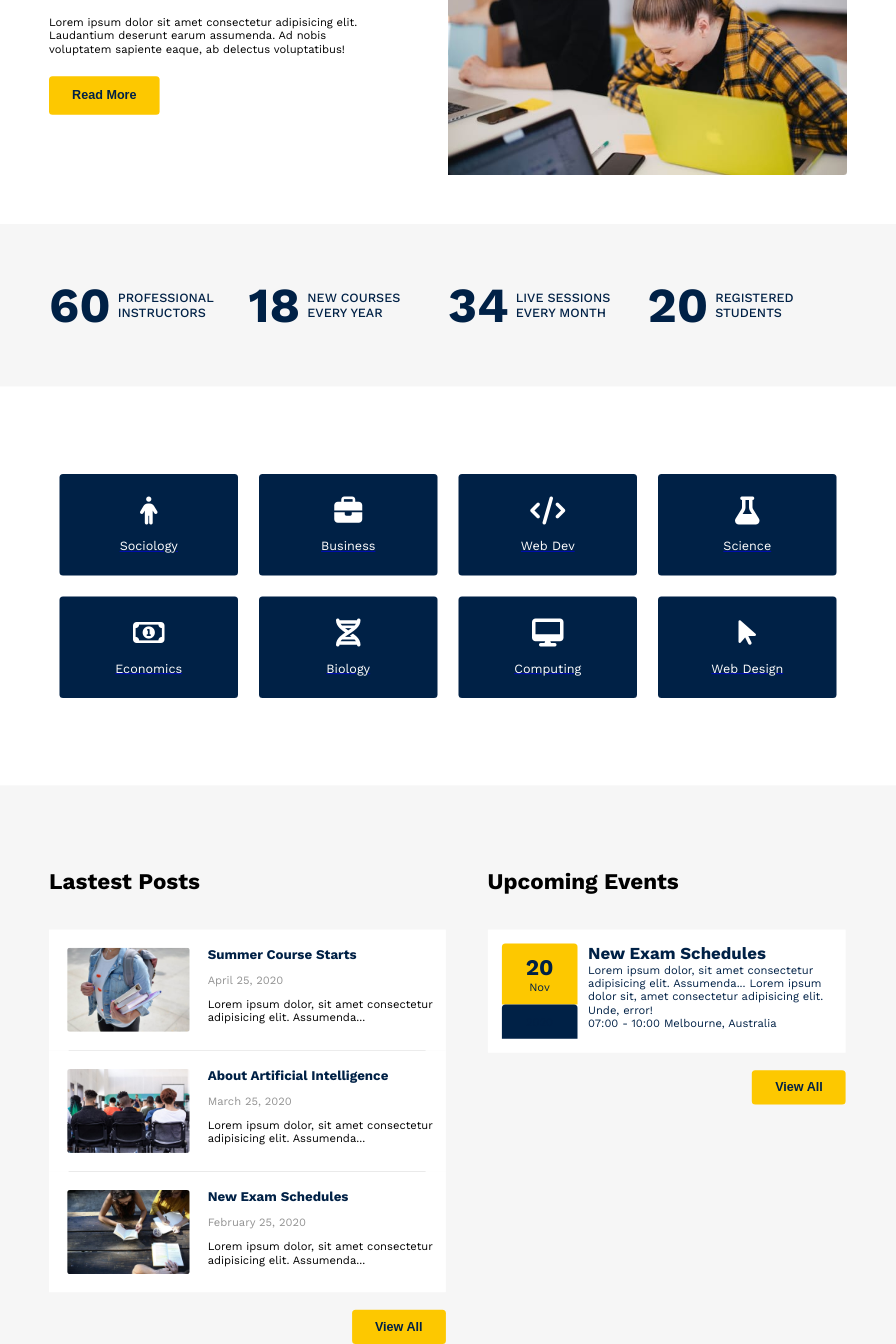
Repository: giahuy405/BC38__Mastery__Pham_Gia_Huy
Page: index.html
These files come from the project's save history. The page is drawn as it stood at one moment and after a run of saves; the edit follows.
The browser window is 1280 px wide. The pictures show the part of the page from y = 910 to 2830 px (the page is 2830 px tall), at 70% of full size.

Above is the page before, as saved 2022-09-10 15:09:13.

### index.html
<!DOCTYPE html>
<html lang="en">
<head>
    <meta charset="UTF-8">
    <meta http-equiv="X-UA-Compatible" content="IE=edge">
    <meta name="viewport" content="width=device-width, initial-scale=1.0">
    <title>Document</title>
    <link href="https://fonts.googleapis.com/css2?family=Montserrat:wght@300;400;500;700;900&family=Work+Sans:wght@300;400;500;700&display=swap" rel="stylesheet">
    <link rel="stylesheet" href="https://cdnjs.cloudflare.com/ajax/libs/font-awesome/6.2.0/css/all.min.css">
    <link rel="stylesheet" href="./css/index.css">
</head>
<body>
    <header>
        <div class="container">
            <i class="fa-solid fa-pen-to-square"></i>
            <div class="header__title">
                <h1>Mastery</h1>
            </div>
        </div>
    </header>
    <nav>
        <div class="container">
            <ul>
                <li><a  href="#">Home</a></li>
                <li><a  href="#">About</a></li>
                <li><a  href="#">Services</a></li>
                <li><a  href="#">Contact</a></li>
            </ul>
        </div>
    </nav>
    <div class="carousel">
        <img src="./img/carousel__website.png" alt="">
    </div>
    <div class="welcome container">
        <div class="welcome__content">
            <h1>Welcome To Our Campus</h1>
            <p>Lorem ipsum dolor sit amet consectetur adipisicing elit. Quasi est saepe possimus quisquam dolor ducimus blanditiis, eius fugit ab beatae reprehenderit, inventore earum rerum. Quis nostrum voluptatibus vel quisquam soluta.</p>

            <p>Lorem ipsum dolor sit amet consectetur adipisicing elit. Laudantium deserunt earum assumenda. Ad nobis voluptatem sapiente eaque, ab delectus voluptatibus!</p>
            <button>Read More</button>
        </div>
        <div class="welcome__img">
            <img src="./img/g1.jpg" alt="">
        </div>
        <div class="clear"></div>
    </div>
    <div class="information">
       <div class="container">
            <div class="information__content">
                <div class="information__title">
                    <h1>60</h1>
                </div>
                <div class="information__desc">
                    <p>PROFESSIONAL</p>
                    <p>INSTRUCTORS</p>
                </div>
                <div class="clear"></div>
            </div>
            <div class="information__content">
                <div class="information__title">
                    <h1>18</h1>
                </div>
                <div class="information__desc">
                    <p>NEW COURSES</p>
                    <p>EVERY YEAR</p>
                </div>
                <div class="clear"></div>
            </div>
            <div class="information__content">
                <div class="information__title">
                    <h1>34</h1>
                </div>
                <div class="information__desc">
                    <p>LIVE SESSIONS</p>
                    <p>EVERY MONTH</p>
                </div>
                <div class="clear"></div>
            </div>
            <div class="information__content">
                <div class="information__title">
                    <h1>20</h1>
                </div>
                <div class="information__desc">
                    <p>REGISTERED</p>
                    <p>STUDENTS</p>
                </div>
                <div class="clear"></div>
            </div>
            <div class="clear"></div>
       </div>
    </div>
    <div class="cards">
        <div class="container">
            <div class="cards-top">
                <div class="card">
                    <a href="#">
                        <div class="card__item">
                            <i class="fa-solid fa-person"></i>
                            <p>Sociology</p>
                        </div>
                    </a>
                </div>
                <div class="card">
                    <a href="#">
                        <div class="card__item">
                            <i class="fa-solid fa-briefcase"></i>
                            <p>Business</p>
                        </div>
                    </a>
                </div>
                <div class="card">
                   <a href="#">
                        <div class="card__item">
                            <i class="fa-solid fa-code"></i>
                            <p>Web Dev</p>
                        </div>
                   </a>
                </div>
                <div class="card">
                   <a href="#">
                        <div class="card__item">
                            <i class="fa-solid fa-flask"></i>
                            <p>Science</p>
                        </div>
                   </a>
                </div>
                <div class="clear"></div>
            </div>
            <div class="card-bottom">
                <div class="card">
                    <a href="#">
                        <div class="card__item">
                            <i class="fa-regular fa-money-bill-1"></i>
                            <p>Economics</p>
                        </div>
                    </a>
                </div>
                <div class="card">
                   <a href="#">
                        <div class="card__item">
                            <i class="fa-solid fa-dna"></i>
                            <p>Biology</p>
                        </div>
                   </a>
                </div>
                <div class="card">
                    <a  href="#">
                        <div class="card__item">
                            <i class="fa-solid fa-desktop"></i>
                            <p>Computing</p>
                        </div>
                    </a>
                </div>
                <div class="card">
                    <a href="#">
                        <div class="card__item">
                            <i class="fa-solid fa-arrow-pointer"></i>
                            <p>Web Design</p>
                        </div>
                    </a>
                </div>
                <div class="clear"></div>
            </div>
        </div>
    </div>
    <div class="news">
        <div class="container">
            <div class="news__lastest-post">
                <h1>Lastest Posts</h1>
                <div class="lastest-post__items">
                    <div class="lastest-post__item">
                        <a href="#">
                            <img src="./img/g9.jpg" alt="">
                            <div class="lastest-post__desc">
                                <h2 >Summer Course Starts</h2>
                                <p class="lastest-post__time">April 25, 2020</p>
                                <p>Lorem ipsum dolor, sit amet consectetur adipisicing elit. Assumenda...</p>
                            </div>
                            <div class="clear"></div>
                        </a>
                        <hr noshade >
                    </div>
                    <div class="lastest-post__item">
                        <a href="#">
                            <img src="./img/g10.jpg" alt="">
                            <div class="lastest-post__desc">
                                <h2>About Artificial Intelligence</h2>
                                <p class="lastest-post__time">March 25, 2020</p>
                                <p>Lorem ipsum dolor, sit amet consectetur adipisicing elit. Assumenda...</p>
                            </div>
                            <div class="clear"></div>
                        </a>
                        <hr noshade >
                    </div>

                    <div class="lastest-post__item">
                        <a href="#">
                            <img src="./img/g8.jpg" alt="">
                            <div class="lastest-post__desc">
                                <h2>New  Exam Schedules</h2>
                                <p class="lastest-post__time">February 25, 2020</p>
                                <p>Lorem ipsum dolor, sit amet consectetur adipisicing elit. Assumenda...</p>
                            </div>
                            <div class="clear"></div>
                        </a>

                    </div>

                </div>
                <button class="news__button">View All</button>
                <div class="clear"></div>
            </div>


            <div class="news__upcoming-events">
                <h1>Upcoming Events</h1>
                <div class="upcoming-events__items">
                    <div class="upcoming-events__item">
                        <a href="#">
                            <div class="upcoming-events__time">
                                <div class="upcoming-events__time--top">
                                    <h1  >20</h1>
                                    <p>Nov</p>
                                </div>
                                <div class="upcoming-events__time--bottom">
                                    <p>2020</p>
                                </div>
                            </div>
                            <div class="upcoming-events__desc">
                                <div class="upcoming-events__desc--top">
                                    <h2>New  Exam Schedules</h2>
                                    <p>Lorem ipsum dolor, sit amet consectetur adipisicing elit. Assumenda... Lorem ipsum dolor sit, amet consectetur adipisicing elit. Unde, error!</p>
                                </div>
                                <div class="upcoming-events__desc--bottom">
                                    <span>07:00 - 10:00</span>
                                    <span>Melbourne, Australia</span>
                                </div>

                            </div>
                            <div class="clear"></div>
                        </a>
                    </div>

                </div>

                <button class="news__button">View All</button>
                <div class="clear"></div>
            </div>
            <div class="clear"></div>
        </div>
    </div>

</body>
</html>

### css/index.css
*{
    padding: 0;
    margin: 0;
    box-sizing: border-box;
}
.clear{
    clear: both;
}
html{
    font-size: 16px;
    font-family: 'Work Sans', sans-serif;
}
.container{
    width: 1140px;
    margin: 0 auto;
}
header{
    position: relative;
    margin-top: 15px;
}
.header__title{
    display: inline-block;
     position: absolute;
     top: -4px;
    left: 160px;
}
.header__title h1{
    font-size: 35px;
    color: #1b1d2d;
}
header i{
    background-color: #002146;
    height: 36px;
    width: 36px;
    border-radius: 50%;
    color: #fdc800;
    text-align: center;
    padding-top: 9px;
}
nav ul{
    list-style: none;
    margin-top: 15px;
    margin-left: 18px;
}
nav li{
    display: inline;
    margin-right: 30px;
}
nav a{
    color: #002146;
    font-weight: 800;
    text-decoration: none;
    transition: all 0.2s;
}
nav a:hover{
    font-weight: 900;
    color: #fdc800;
    text-shadow: 1px 1px 2px black;
    background-color: #002146;
    padding: 10px 10px;
    transition: all 0.2s ease-out;
    border-radius: 9px;
}
nav a:active{
    padding: 12px 16px;
}



/* CAROUSEL / SLIDER */
.carousel{
    width: 100%;
    margin-top: 20px;
}
.carousel img{
max-width: 100%;
height: 597px;
}


/* create WELCOME */
.welcome{
    margin-top: 62px;
    margin-bottom: 66px;
}
.welcome__content h1{
    margin-bottom: 20px;
    color: #1b1d2d;
}
.welcome__content{
    padding-right: 80px;
}
.welcome__content p{
    margin-bottom: 30px;
}
.welcome__content button{
    padding: 17px 33px;
    font-size: 18px;
    font-weight:700;
    color: #002146;
    background-color: #fdc800;
    border: none;
    border-radius: 5px;
    cursor: pointer;
    transition: all 0.2s;
}
.welcome__content button:hover,.news__button:hover{
    background-color: #002146;
    color: #fdc800;
    box-shadow: 5px 5px 5px black;
}
.welcome__content,.welcome__img{
    width: 50%;
    float: left;
}
.welcome__img img{
    width: 100%;
    border-top-right-radius: 5px;
    border-bottom-right-radius: 5px;
}


/* create INFORMATION  */
.information{
    background-color: #f6f6f6;
    padding: 75px 0;
    margin-bottom: 110px;
}
.information__content{
    float: left;
    width: 25%;
}
.information__content h1{
    display: inline-block;
    font-size: 70px;
    color: #002146;

}
.information__title,.information__desc{
    float: left;
}
.information__desc p:first-child{
    margin-top:20px;
}
.information__desc p{
    margin-left: 10px;
    font-size: 18px;
    color: #002146;
    font-weight: 500;
}


/* create CARDS */
.cards{
    margin-bottom: 110px;
}
.card{
    float: left;
    width: 25%;
    text-align: center;
    padding: 15px;
}
.card__item{
    background-color: #002146;
    padding: 32px 50px;
    border-radius: 5px;
}
.card__item i{
    color: white;
    font-size: 40px;
}
.card__item p{
    color: white;
    font-size: 18px;
    margin-top: 20px;
}
.card a{
    cursor: pointer;
    transition: all 0.2s;
}
.card a:hover{
    opacity: 0.7;
}
.card:hover{
    box-shadow: 1px 1px 10px  black;
    border-radius: 5px;
}


/* NEWS */
.news{
    padding-top: 118px;
    background-color: #f6f6f6;
}
.news__lastest-post > h1,.news__upcoming-events > h1{
    margin-bottom: 50px;
}
.news__lastest-post{
    float: left;
    width:49.7%;
    margin-right: 60px;
}
.news__upcoming-events{
    float: left;
    width:44.9%;
}
.news__upcoming-events{
    margin: 0;
}
.lastest-post__item{
    background-color: white;

}
.lastest-post__item img{
    width: 158px;
    border: 26px solid transparent;
    border-radius: 30px;
}
.lastest-post__item a img{
    float: left;
    width: 40%;
}
.lastest-post__desc{
    float: left;
    width: 60%;
    padding-top: 24px;
}
.lastest-post__item hr{
    width:90%;
    margin: 0 auto;
    background-color: rgb(218, 218, 218);
    height: 1px;
    border: none;
}
.lastest-post__item a{
    font-size: 20px;
    color: #002146;
}
.lastest-post__item a .lastest-post__desc  h2{
    font-size: 19px;

}
.lastest-post__item a .lastest-post__desc p{
    font-size: 16px;
    color: #000000;
}
.lastest-post__desc p:nth-child(2){
    line-height: 30px;

}
.lastest-post__item a .lastest-post__time{

    color:#939393!important;
    margin: 10px 0;
}
.lastest-post__item:hover{
    box-shadow: 0px 0px 10px black;
    margin-bottom: 5px;
    margin-top: 5px;
    transition: all 0.35s;
}
.news__button{
    float: right;
    padding: 14px 33px;
    font-size: 18px;
    font-weight:700;
    color: #002146;
    background-color: #fdc800;
    border: none;
    border-radius: 5px;
    cursor: pointer;
    transition: all 0.2s;
    margin-top: 25px;
}
.upcoming-events__items a{
    color: #002146;
}
.upcoming-events__time{
    float: left;
    width: 23%;
    text-align: center;
    margin-right: 15px;

}
.upcoming-events__item{
    background-color: white;
    padding: 20px 20px;
}
.upcoming-events__desc{
    float: left;
    width: 73%;
}
.upcoming-events__time--top{
    background-color: #fdc800;
    border-top-left-radius:5px;
    border-top-right-radius:5px;
    padding: 15px 10px;
}
.upcoming-events__time--bottom{
    background-color: #002146;
    border-top-left-radius:5px;
    border-top-right-radius:5px;
    padding: 15px 10px;
}

After the next 3 saves:
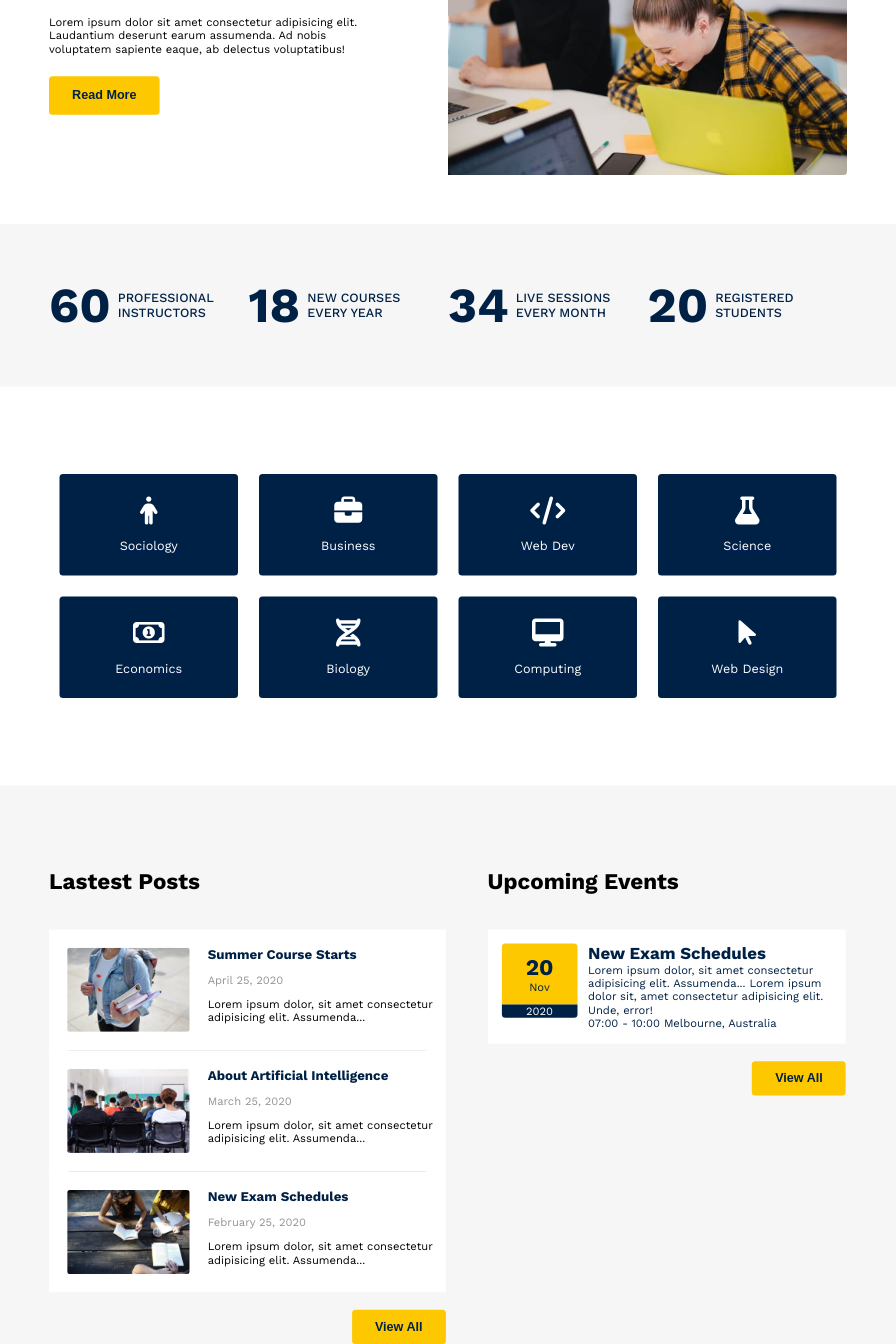
The 3 saves are shown as one change because they came seconds apart.
The last was saved 17 s later.
--- a/css/index.css
+++ b/css/index.css
@@ -298,7 +298,7 @@ height: 597px;
 }
 .upcoming-events__time--bottom{
     background-color: #002146;
-    border-top-left-radius:5px;
-    border-top-right-radius:5px;
-    padding: 15px 10px;
-}
+    border-bottom-left-radius:5px;
+    border-bottom-right-radius:5px;
+    color: white;
+}
